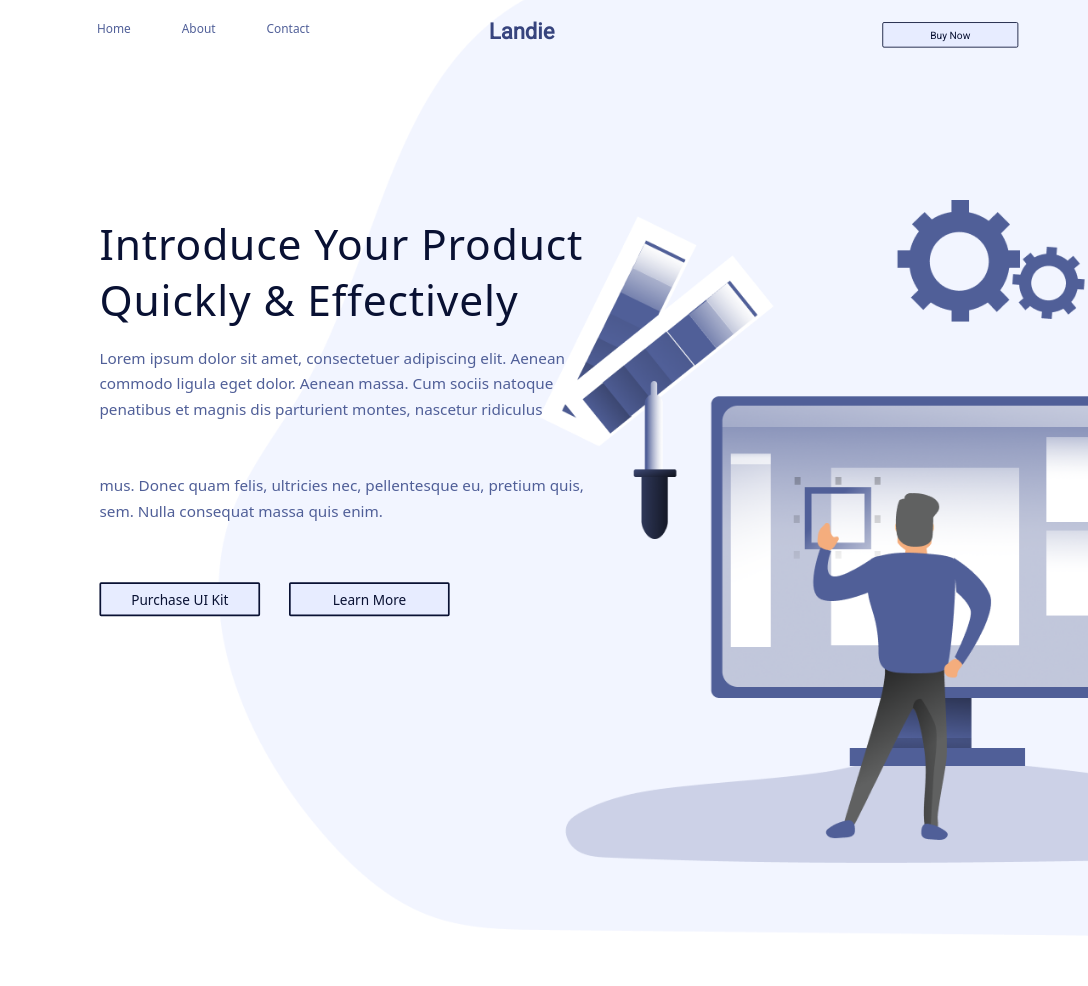
Repository: batonAnton/HW-Lec12-sass-pug
Page: index.html
These files come from the project's save history. The page is drawn as it stood at one moment and after the next save; the edit follows.
The browser window is 1280 px wide. The pictures show the whole page, at 85% of full size.
The style sheet was rebuilt from its Sass, Less or Tailwind sources for each picture, by a compiler version that may differ from the author's.

Above is the page before, as saved 2022-07-29 16:07:26.

### index.html
<!DOCTYPE html>
<html lang="en">
<head>
    <meta charset="UTF-8">
    <meta http-equiv="X-UA-Compatible" content="IE=edge">
    <meta name="viewport" content="width=device-width, initial-scale=1.0">
    <title>HW12 Saas</title>
    <link rel="preconnect" href="https://fonts.googleapis.com">
    <link rel="preconnect" href="https://fonts.gstatic.com" crossorigin>
    <link href="https://fonts.googleapis.com/css2?family=Roboto&display=swap" rel="stylesheet">
    <link href="https://cdn.jsdelivr.net/npm/bootstrap@5.2.0/dist/css/bootstrap.min.css" rel="stylesheet" integrity="sha384-gH2yIJqKdNHPEq0n4Mqa/HGKIhSkIHeL5AyhkYV8i59U5AR6csBvApHHNl/vI1Bx" crossorigin="anonymous">
    <link rel="stylesheet" href="css/style.css">
</head>
<body>
    <header>
        <div class="container">
            <div class="wrapper">
                <nav>
                    <div class="navigation">
                        <ul>
                            <li>
                                <a href="">home</a>
                            </li>
                            <li>
                                <a href="">about</a>
                            </li>
                            <li>
                                <a href="">contact</a>
                            </li>
                        </ul>
                        <div class="logo">
                            <h1>Landie</h1>
                        </div>
                        <div class="button">
                            <button type="button" class="btn btn-menu btn-primary">Buy now</button>
                        </div>
                    </div>
                </nav>

                <div class="leftBlock">
                    <h1>Introduce Your Product <br class="hideBR">
                        Quickly & Effectively
                    </h1>

                    <p>
                        Lorem ipsum dolor sit amet, consectetuer adipiscing elit. Aenean <br class="hideBR"> commodo ligula eget dolor. Aenean massa. Cum sociis natoque <br class="hideBR"> penatibus et magnis dis parturient montes, nascetur ridiculus <br class="hideBR">
                        <br> <br>
                        mus. Donec quam felis, ultricies nec, pellentesque eu, pretium quis, <br class="hideBR"> sem. Nulla consequat massa quis enim.
                    </p>

                    <div class="btn-header">
                        <button type="button" class="btn btn-menu btn-primary">Purchase UI Kit</button>
                        <button type="button" class="btn btn-menu btn-primary">Learn More</button>
                    </div>
                </div>
            </div>
        </div>
    </header>
</body>
</html>

### css/style.scss
$primary-color: #091133;
$primaryFontStyle: Roboto;

@mixin generalStyleMenu(
  $sizeMenu: 14px,
  $lineHeight: 24px,
  $font-color: #505f98
) {
  font-size: $sizeMenu;
  line-height: $lineHeight;
  color: $font-color;
}

body {
  box-sizing: border-box;
}

header {
  width: 100%;
  height: 1160px;
  background-image: url(../image/header/header-bg.png);
  background-position: 100% -20%;
  background-repeat: no-repeat;

  .navigation {
    display: flex;
    justify-content: space-between;
    padding-top: 18px;
    align-items: center;

    ul {
      display: inline-flex;
      li {
        margin-right: 60px;
        list-style: none;
        a {
          text-decoration: none;
          text-transform: capitalize;
          @include generalStyleMenu;
        }
      }
    }
    .logo {
      display: flex;
      justify-content: center;
      margin-left: -235px;
      h1 {
        font-family: $primaryFontStyle;
        font-style: normal;
        font-weight: 900;
        font-size: 26px;
        line-height: 38px;
        color: #37447e;
      }
    }
     .btn-primary{
      font-family: 'Roboto';
      font-style: normal;
      font-weight: 500;
      font-size: 12px;
      line-height: 18px;
      text-transform: capitalize;
      color: #091133;
        background: #E7ECFF;
      border-radius: 2px;
      width: 160px;
      height: 30px;
      border: 1px solid #091133;

    }
    button:hover{
        background-color: #111B47;
        color: #FFFFFF;
        transition: 1s;
    }
  }
//   left-block header
  .leftBlock{
      margin-top: 190px;
      margin-left: 35px;
      h1{
        font-weight: 500;
        font-size: 50px;
        line-height: 66px;
        letter-spacing: 1px;
        color: #091133;
        margin-bottom: 20px;
      }
      p{
        font-style: normal;
        font-weight: 400;
        font-size: 18px;
        line-height: 30px;
        color: #505F98;
        margin-bottom: 69px;
      }

      .btn-primary{
        width: 189px;
        height: 40px;
        border: 2px solid #091133;
        border-radius: 2px;
        font-style: normal;
        font-weight: 500;
        font-size: 16px;
        line-height: 26px;
        color: #091133;
        background: #E7ECFF;
        margin-right: 30px;
      }
      button:hover{
          background-color: #111B47;
          color: #FFFFFF;
          transition: 1s;
      }
  }
}

After the next save:
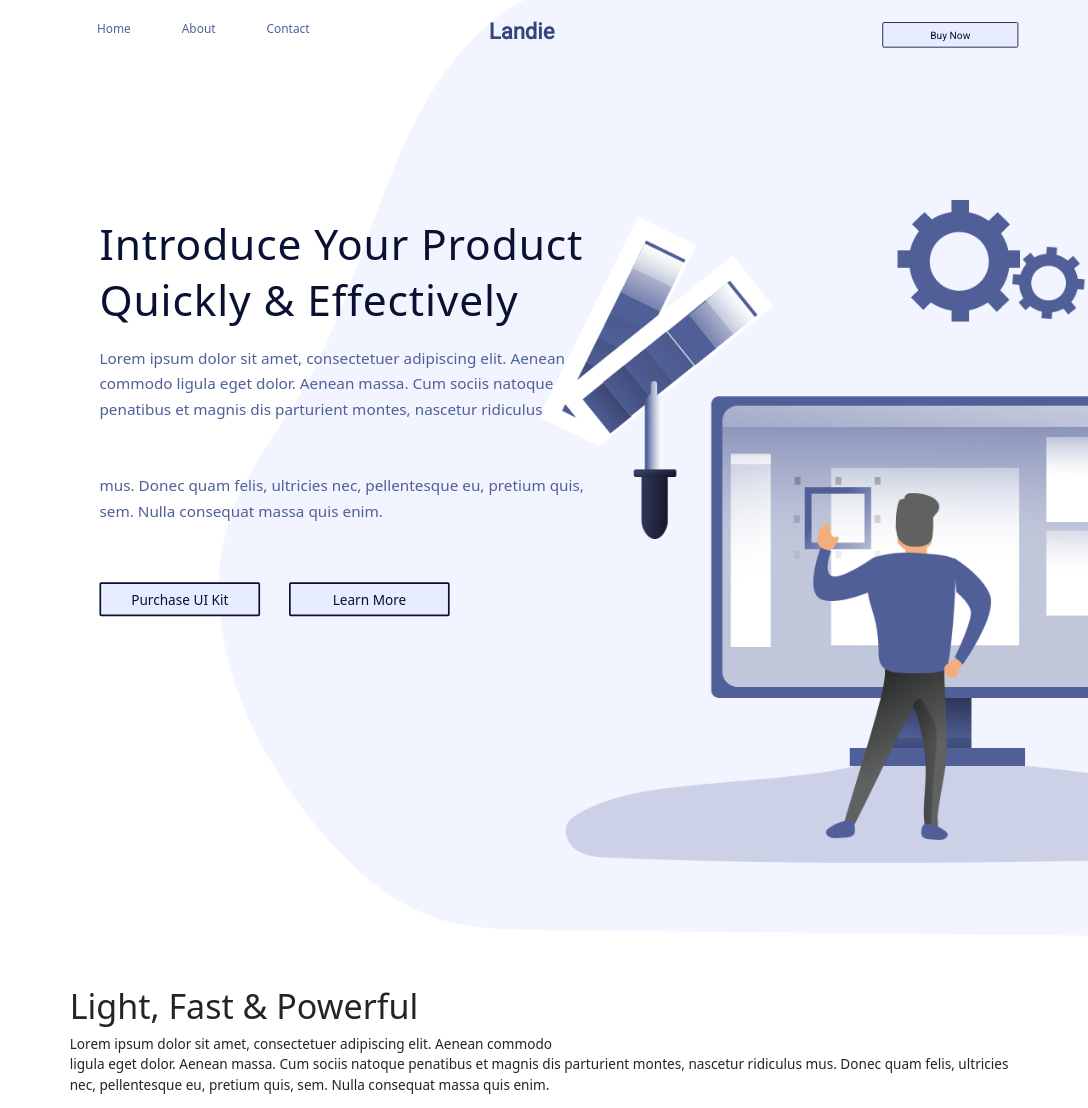
Saved 6 min 24 s later.
--- a/index.html
+++ b/index.html
@@ -56,5 +56,15 @@
             </div>
         </div>
     </header>
+
+    <section>
+        <div class="container">
+            <h1>Light, Fast & Powerful</h1>
+            <p>
+                Lorem ipsum dolor sit amet, consectetuer adipiscing elit. Aenean commodo <br class="hideBr"> ligula eget dolor. Aenean massa. Cum sociis natoque penatibus et magnis dis parturient montes, nascetur ridiculus
+                mus. Donec quam felis, ultricies nec, pellentesque eu, pretium quis, sem. Nulla consequat massa quis enim.
+            </p>
+        </div>
+    </section>
 </body>
 </html>
